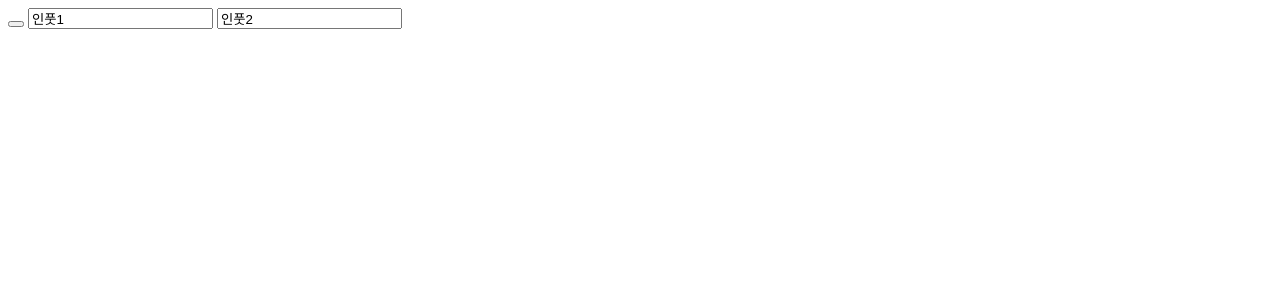
Repository: bum12ark/funding-throgh-blockchain
Page: http://localhost/spring_ftbc/KakaoTest/formTest.jsp
These files come from the project's save history. The page is drawn as it stood at one moment and after the next save; the edit follows.
The browser window is 1280 px wide. The pictures show the whole page.
The page is served by Tomcat 9. Nobody is signed in. The application's start-up code is not run.

Above is the page before, as saved 2019-10-29 13:00:42.

After the next save:
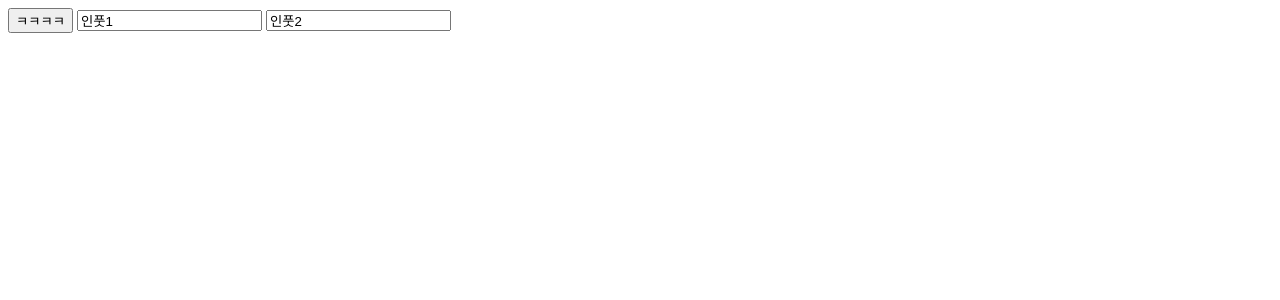
Saved 10 s later.
--- a/workspace_ftbc_spring/spring_ftbc/src/main/webapp/KakaoTest/formTest.jsp
+++ b/workspace_ftbc_spring/spring_ftbc/src/main/webapp/KakaoTest/formTest.jsp
@@ -15,7 +15,7 @@
 		}
 	</script>
 	<div id="div_t">
-		<button onclick="formTest"></button>
+		<button onclick="formTest">ㅋㅋㅋㅋ</button>
 		<input type="text" value="인풋1">
 		<input type="text" value="인풋2">
 	</div>

After the save that followed:
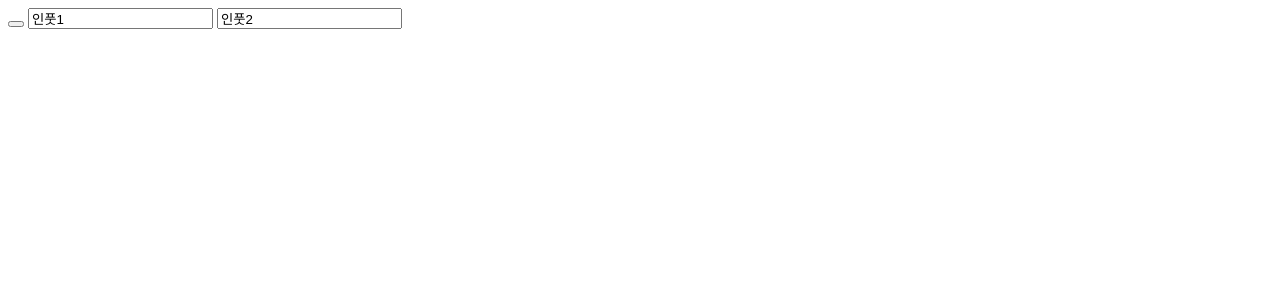
Saved 12 s later.
--- a/workspace_ftbc_spring/spring_ftbc/src/main/webapp/KakaoTest/formTest.jsp
+++ b/workspace_ftbc_spring/spring_ftbc/src/main/webapp/KakaoTest/formTest.jsp
@@ -15,7 +15,7 @@
 		}
 	</script>
 	<div id="div_t">
-		<button onclick="formTest">ㅋㅋㅋㅋ</button>
+		<button onclick="formTest" value="시발버튼"></button>
 		<input type="text" value="인풋1">
 		<input type="text" value="인풋2">
 	</div>
